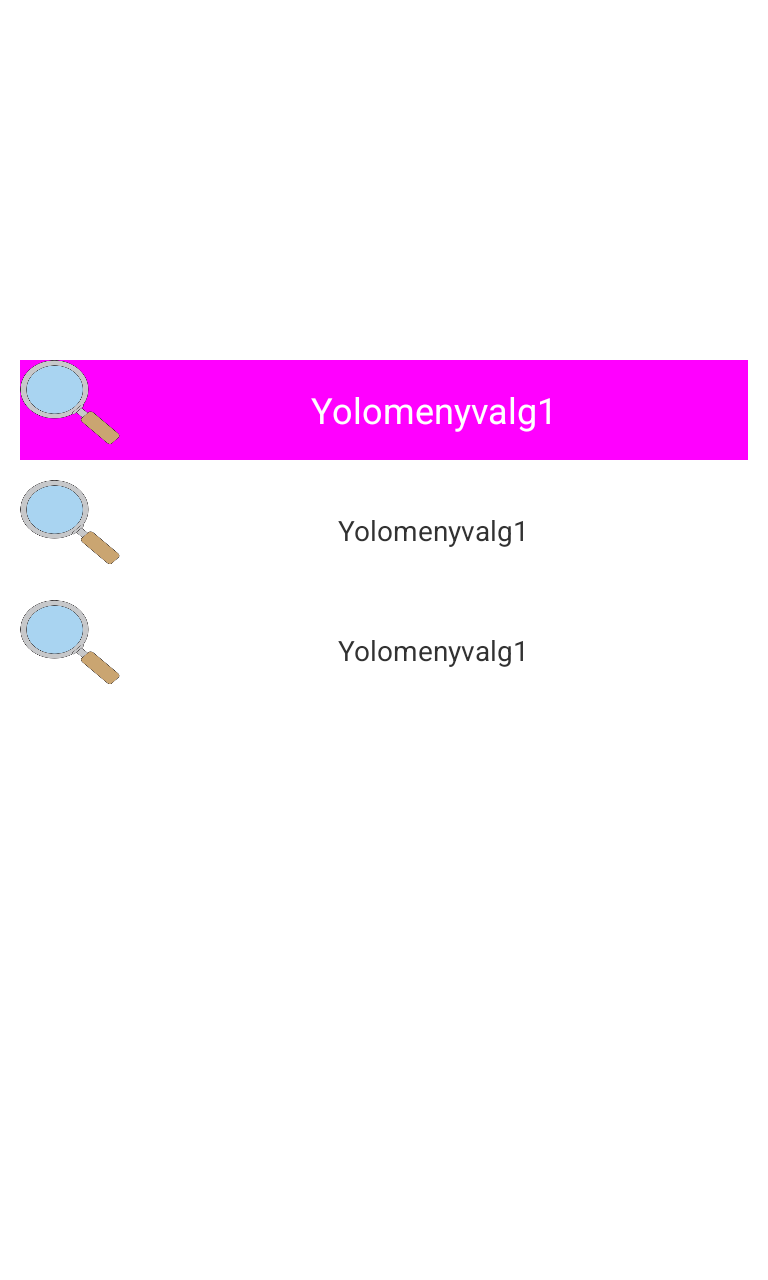
Repository: pumalove/workspace
Layout: MainActivity/res/layout/gridview.xml
An editor plug-in stored every save of this project. The layout is shown before and after the next save, followed by the edit.
It is drawn on a 768 x 1280 px phone screen (xhdpi) without system bars, with theme AppTheme; the app's code is not run. Lists and similar views that code fills are empty.

Above is the layout before, as saved 2014-03-17 12:47:24.

After the next save:
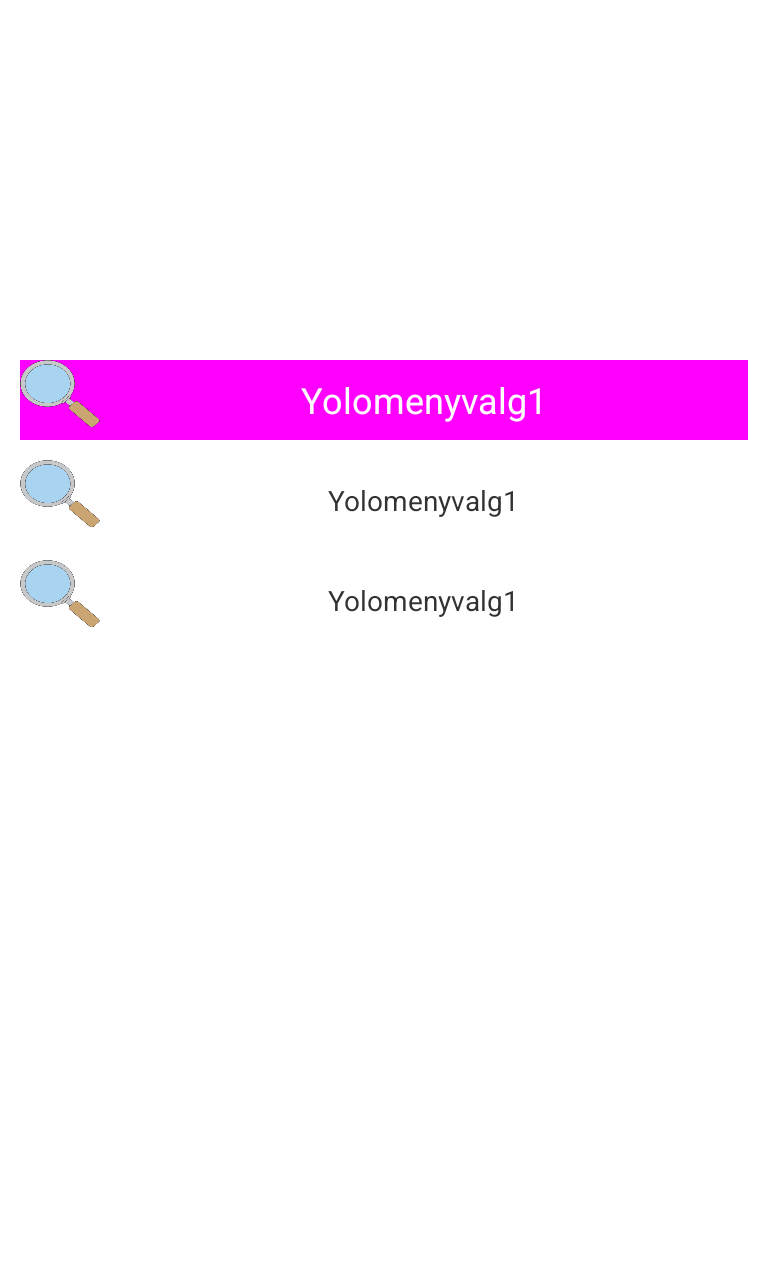
Saved 49 s later.
--- a/MainActivity/res/layout/gridview.xml
+++ b/MainActivity/res/layout/gridview.xml
@@ -44,8 +44,8 @@
 
             <ImageView
                 android:id="@+id/imageView1"
-                android:layout_width="50dp"
-                android:layout_height="50dp"
+                android:layout_width="40dp"
+                android:layout_height="40dp"
                 android:scaleType="centerCrop"
                 android:src="@drawable/sample_0" />
 
@@ -76,8 +76,8 @@
 
             <ImageView
                 android:id="@+id/imageView2"
-                android:layout_width="50dp"
-                android:layout_height="50dp"
+                android:layout_width="40dp"
+                android:layout_height="40dp"
                 android:scaleType="centerCrop"
                 android:src="@drawable/sample_0" />
 
@@ -106,8 +106,8 @@
 
             <ImageView
                 android:id="@+id/imageView3"
-                android:layout_width="50dp"
-                android:layout_height="50dp"
+                android:layout_width="40dp"
+                android:layout_height="40dp"
                 android:scaleType="centerCrop"
                 android:src="@drawable/sample_0" />
 
